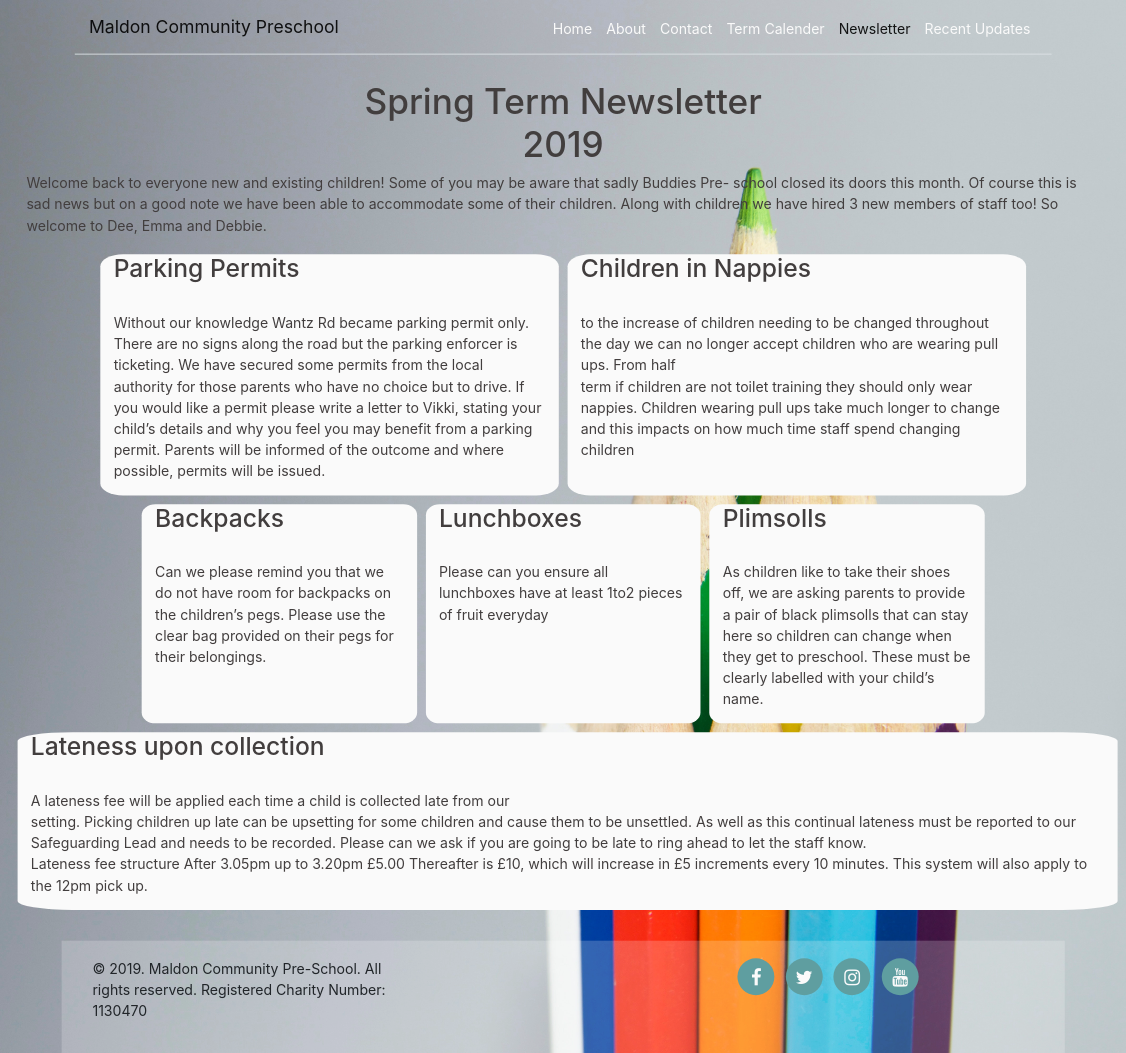
Repository: parkslee/milestone_1
Page: newsletter.html
The author's editor kept a record of every edit. The page is drawn from the files as they stood at one moment, then again after the next edit.
The browser window is 1280 px wide. The pictures show the whole page, at 88% of full size.
Some web libraries are served in a nearby version.

Above is the page before.

After the next edit:
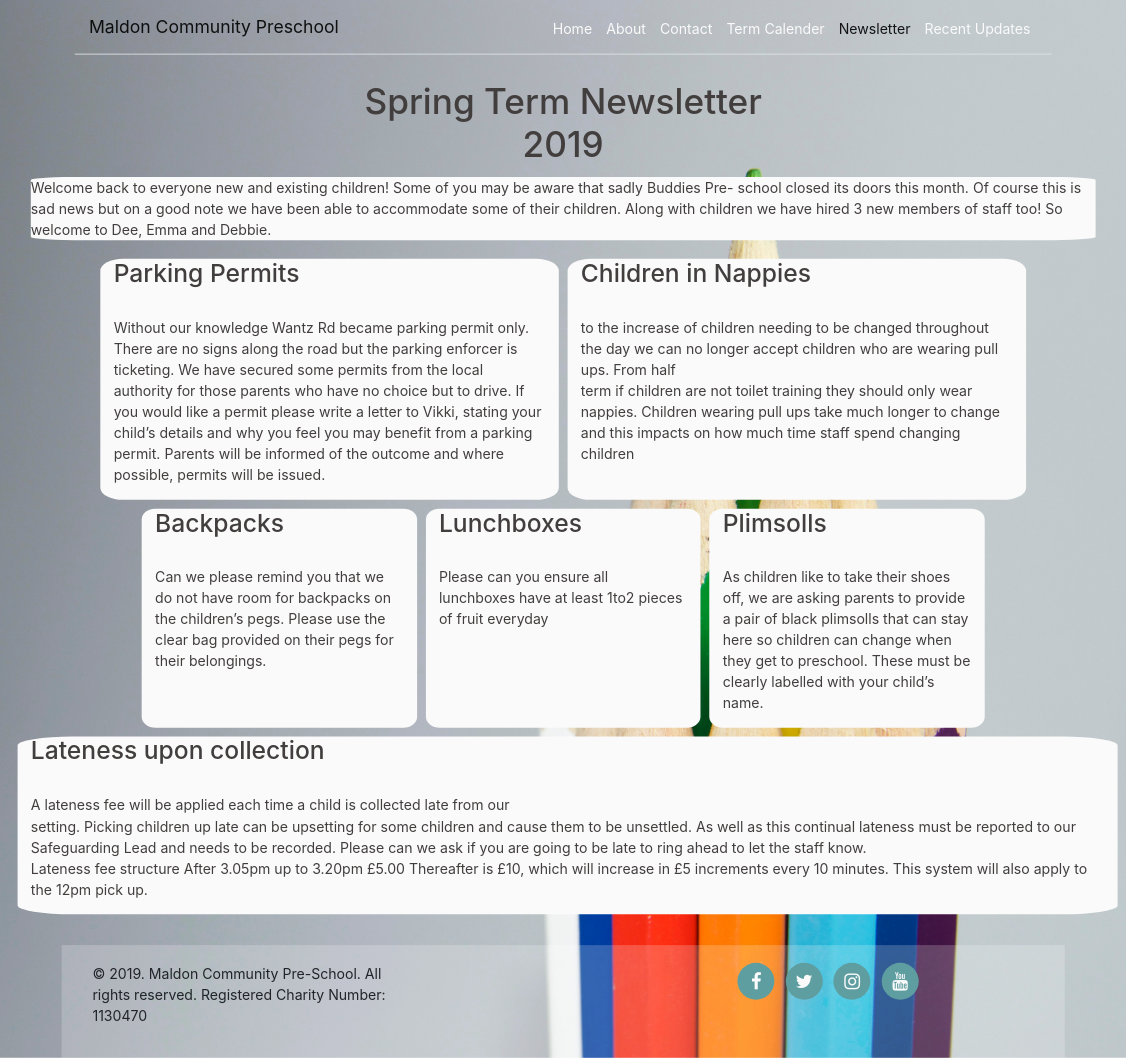
The edit:
--- a/newsletter.html
+++ b/newsletter.html
@@ -61,8 +61,8 @@
                     <br>2019</h1>
                     </div>
                     </div>
-<div>
-                <p class="newsletter-opener">Welcome back to everyone
+<div class="newsletter-blocks newsletter-opener">
+                <p>Welcome back to everyone
                     new and existing children!
                     Some of you may be aware
                     that sadly Buddies Pre-
